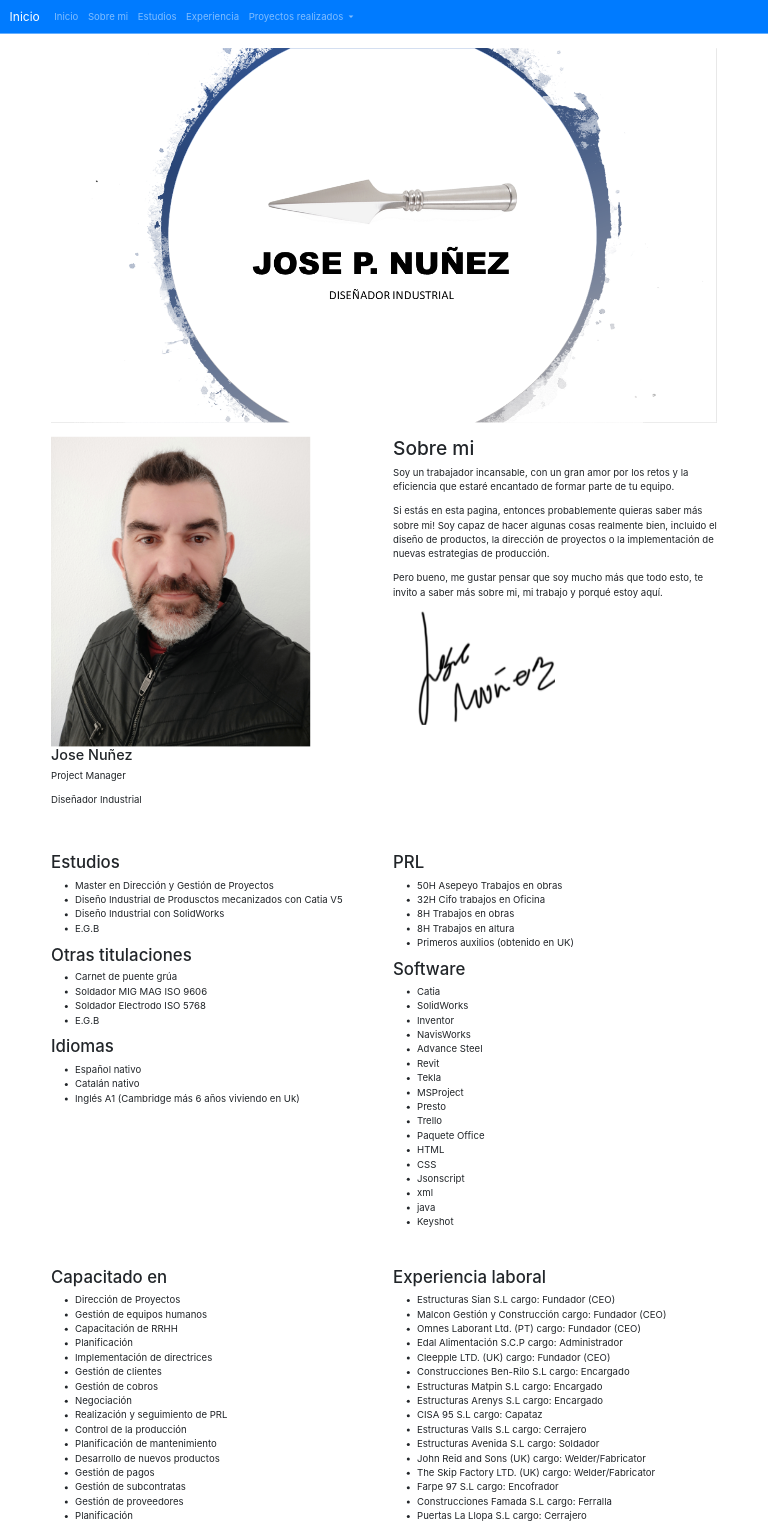
Repository: Hrotgarion1/jose
Page: index.html
These files come from the project's save history. The page is drawn as it stood at one moment and after the next save; the edit follows.
The browser window is 1280 px wide. The pictures show the whole page, at 60% of full size.

Above is the page before, as saved 2020-09-29 20:31:55.

After the next save:
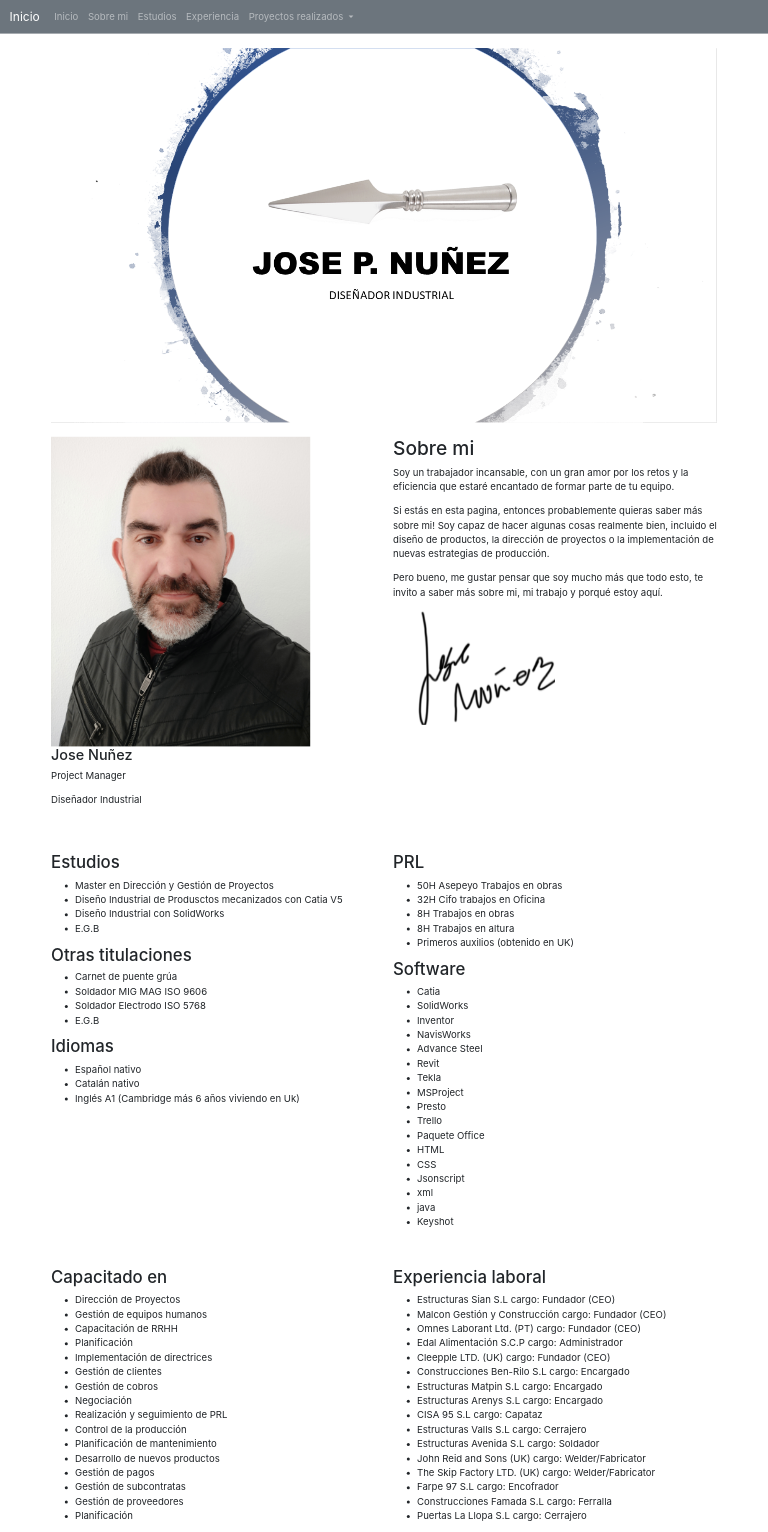
Saved 66 s later.
--- a/index.html
+++ b/index.html
@@ -11,7 +11,7 @@
 </head>
 <body>
     <!--Navegador responsive de la web-->
-    <nav class="navbar navbar-expand-lg navbar-dark bg-primary">
+    <nav class="navbar navbar-expand-lg navbar-dark bg-secondary">
         <a class="navbar-brand" href="../jose/index.html">Inicio</a>
         <button class="navbar-toggler" type="button" data-toggle="collapse" data-target="#navbarNavDropdown" aria-controls="navbarNavDropdown" aria-expanded="false" aria-label="Toggle navigation">
           <span class="navbar-toggler-icon"></span>
